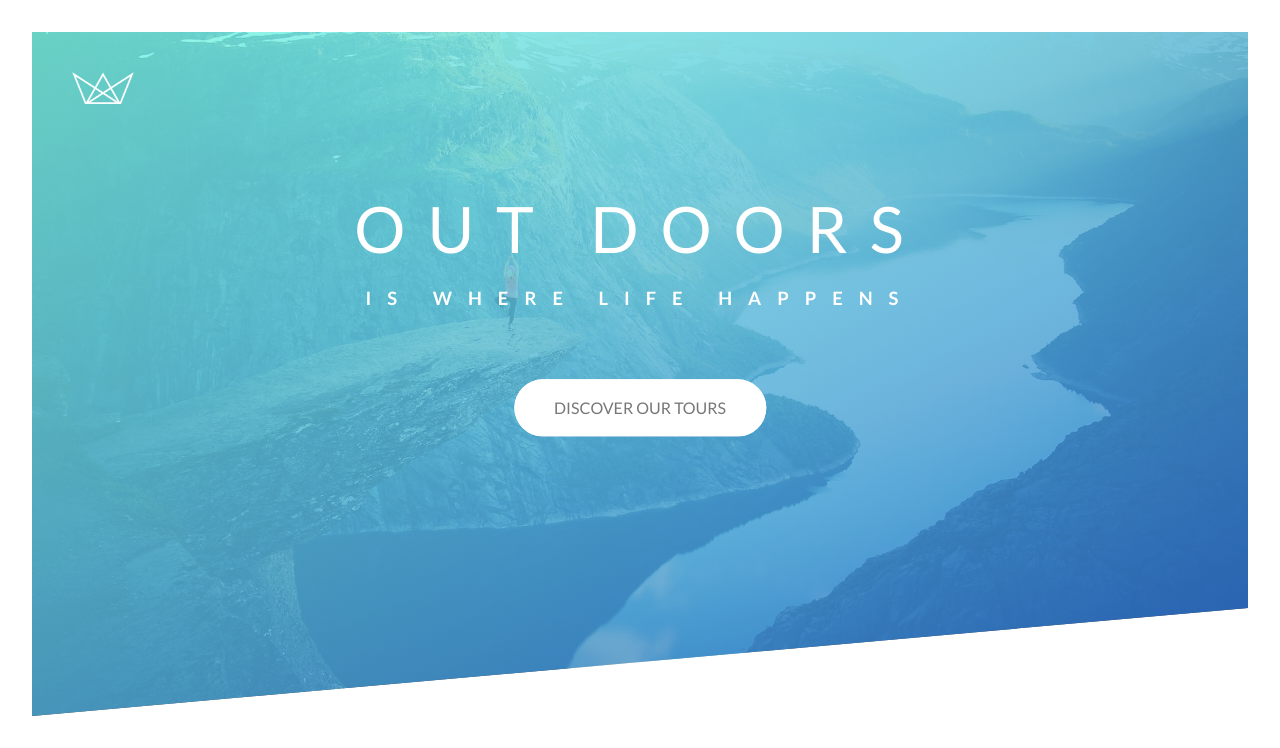
Repository: haokiet2501/natours-page
Page: index.html
An editor plug-in stored every save of this project. The page is shown before and after the next save, followed by the edit.
The browser window is 1280 px wide. The pictures show the whole page.
The style sheet was rebuilt from its Sass, Less or Tailwind sources for each picture, by a compiler version that may differ from the author's.

Above is the page before, as saved 2022-08-05 13:30:11.

### index.html
<!DOCTYPE html>
<html lang="en">
<head>
    <meta charset="UTF-8">
    <meta http-equiv="X-UA-Compatible" content="IE=edge">
    <meta name="viewport" content="width=device-width, initial-scale=1.0">
    <link rel="shortcut icon" href="img/favicon.png" type="image/x-icon">
    <link rel="stylesheet" href="sass/css/styles.css">
    <title>Natours</title>
</head>
<body>
    <header class="header">
        <div class="logo">
            <img src="img/logo-white.png" alt="Logo" class="logo-img">
        </div>
        <div class="heading">
            <h1 class="heading-text">
                <span class="heading-subtitle">
                    Out doors
                </span>
                <span class="heading-subtext">
                    is where life happens
                </span>
            </h1>

            <a href="#" class="btn btn-white btn-animate">Discover our tours</a>
        </div>
    </header>
</body>
</html>

### sass/styles.scss
@import url('https://fonts.googleapis.com/css2?family=Lato:wght@300;400;700;900&display=swap');

* {
    margin: 0;
    padding: 0;
    box-sizing: border-box;
}

:root {
    --lighten-blue: #69ffd7;
    --medium-blue: #3badd4;
    --dark-blue: #1b92c2;
}

body {
    font-family: "Lato", sans-serif;
    line-height: 1.7;
    font-weight: 400;
    font-size: 1rem;
    color: #777;
    padding: 2rem;
}

html {
    scroll-behavior: smooth;
}

.header {
    position: relative;
    height: 95vh;
    background-image: linear-gradient(
        to right bottom,
        rgba(126, 255, 232, 0.8),
        rgba(40, 107, 208, 0.8)
        ), url(/img/hero.jpg);
    background-size: cover;
    background-position: top;
    clip-path: polygon(0 0, 100% 0, 100% 80vh, 0 100%);
}

.logo {
    position: absolute;
    top: 2.5rem;
    left: 2.5rem;
}

.logo-img {
    height: 2rem;
}

.heading {
    position: absolute;
    top: 40%;
    left: 50%;
    transform: translate(-50%, -50%);
    text-align: center;
}

.heading-text {
    color: #fff;
    text-transform: uppercase;
    backface-visibility: hidden;

    margin-bottom: 4rem;
}

.heading-subtitle {
    display: block;
    font-size: 4rem;
    font-weight: 400;
    letter-spacing: 22px;
    animation: 1s moveLeft ease-out;
}

.heading-subtext {
    display: block;
    font-size: 1.15rem;
    font-weight: 700;
    letter-spacing: 1rem;
    animation: 1s moveRight ease-out;
}

@keyframes moveLeft{
    0% {
        opacity: 0;
        transform: translateX(-100px);
    }
    80% {
        transform: translateX(20px);
    }
    100% {
        opacity: 1;
        transform: translate(0);
    }
}

@keyframes moveRight{
    0% {
        opacity: 0;
        transform: translateX(100px);
    }
    80% {
        transform: translateX(-20px);
    }
    100% {
        opacity: 1;
        transform: translate(0);
    }
}

@keyframes moveBottom{
    0% {
        opacity: 0;
        transform: translateY(30px);
    }

    100% {
        opacity: 1;
        transform: translate(0);
    }
}

.btn:link,
.btn:visited {
    text-decoration: none;
    text-transform: uppercase;
    padding: 15px 40px;
    display: inline-block;
    border-radius: 100px;
    transition: all .2s;
    position: relative;
}

.btn:hover {
    transform: translateY(-3px);
    box-shadow: 0 10px 20px rgba(0, 0, 0, 0.2);
}

.btn:active {
    transform: translateY(-1px);
    box-shadow: 0 5px 10px rgba(0, 0, 0, 0.2);
}

.btn-white {
    background-color: #fff;
    color: #777;
}

.btn::after {
    content: "";
    display: inline-block;
    top: 0;
    left: 0;
    width: 100%;
    height: 100%;
    position: absolute;
    border-radius: 100px;
    z-index: -1;
    transition: all .4s;
}

.btn-white::after {
    background-color: #fff;
}

.btn:hover::after {
    transform: scaleX(1.4) scaleY(1.6);
    opacity: 0;
}

.btn-animate {
    animation: moveBottom .5s ease-out 0.75;
    animation-fill-mode: backwards;
}

After the next save:
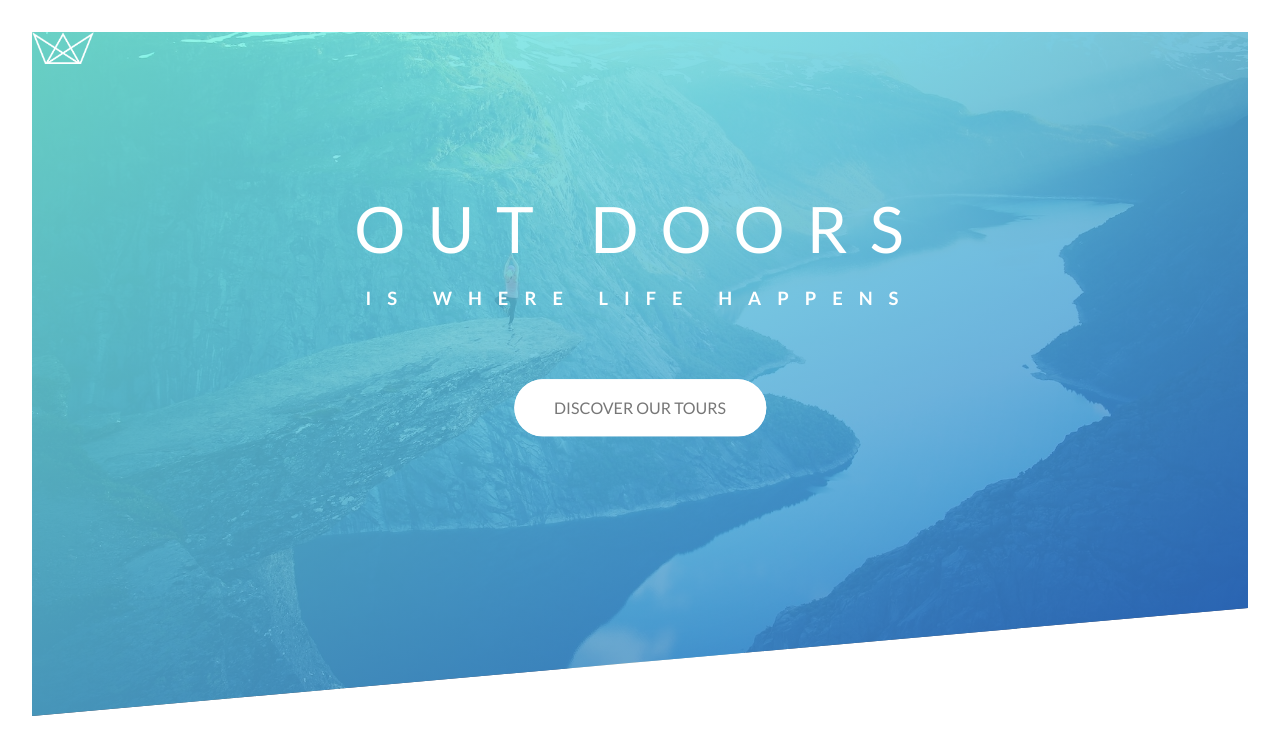
Saved 5 min 27 s later.
--- a/index.html
+++ b/index.html
@@ -10,7 +10,7 @@
 </head>
 <body>
     <header class="header">
-        <div class="logo">
+        <div class="header__logo">
             <img src="img/logo-white.png" alt="Logo" class="logo-img">
         </div>
         <div class="heading">

After the 2 saves that followed:
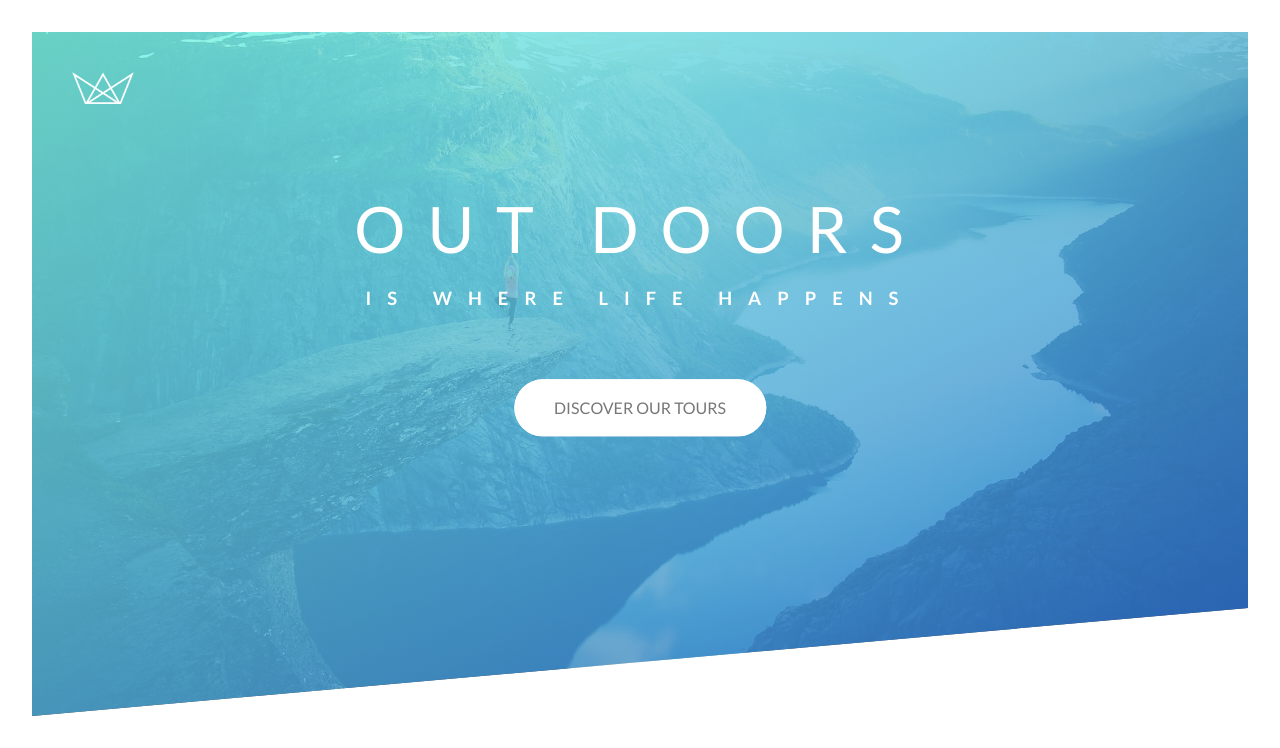
The 2 saves are shown as one change because they came seconds apart.
The last was saved 15 s later.
--- a/sass/styles.scss
+++ b/sass/styles.scss
@@ -36,6 +36,16 @@ html {
     background-size: cover;
     background-position: top;
     clip-path: polygon(0 0, 100% 0, 100% 80vh, 0 100%);
+
+    &__logo {
+        position: absolute;
+        top: 2.5rem;
+        left: 2.5rem;
+    }
+
+    .logo-img {
+        height: 2rem;
+    }
 }
 
 .logo {
